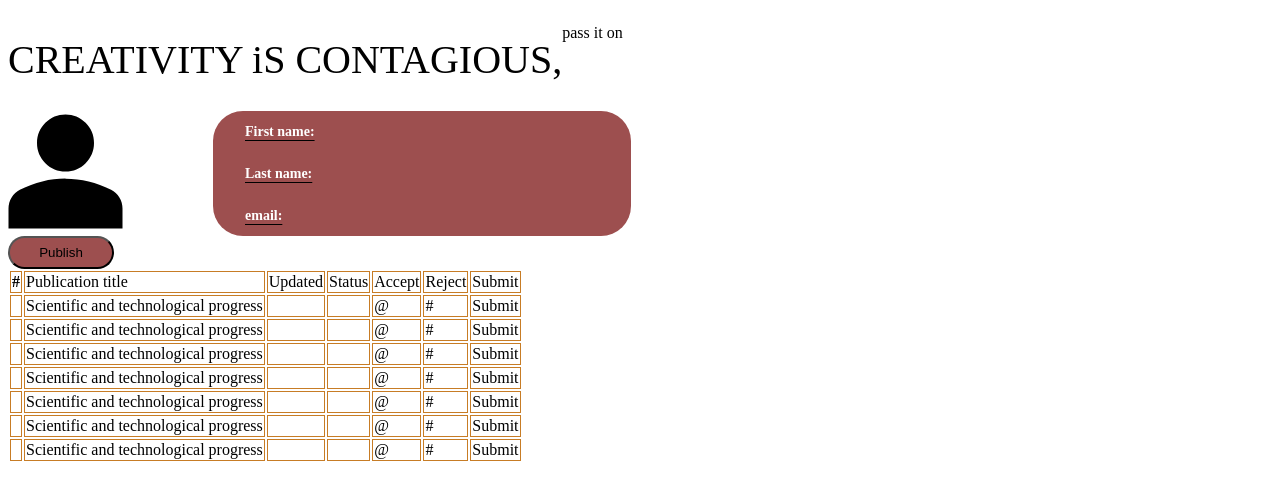
Repository: ceo-of-albeni/articles
Page: /
The author's editor kept a copy of each file at every save. The page is drawn from the files as they stood at one save, then again after the next save.
The browser window is 1280 px wide. The pictures show the whole page.
The project was rebuilt for these pictures with package versions that can differ from the ones it lists, and the page was loaded fresh each time.

Above is the page before, as saved 2023-05-10 23:42:43.

After the next save:
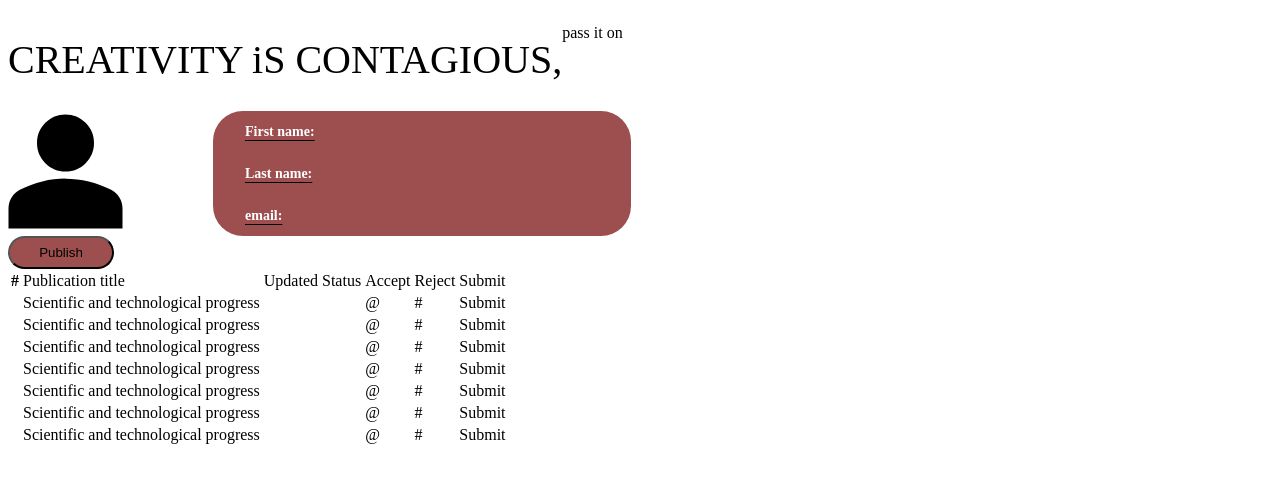
Saved 7 s later.
--- a/src/reviewer's profil/reviewer.css
+++ b/src/reviewer's profil/reviewer.css
@@ -60,5 +60,5 @@
   border-radius: 36.5px;
 }
 .reviewer_section .table table td, .reviewer_section .table table th {
-  border: 1px solid #C77C25;
-}/*# sourceMappingURL=reviewer_20230510234243.css.map */
+  border: px solid #C77C25;
+}/*# sourceMappingURL=reviewer_20230510234250.css.map */
